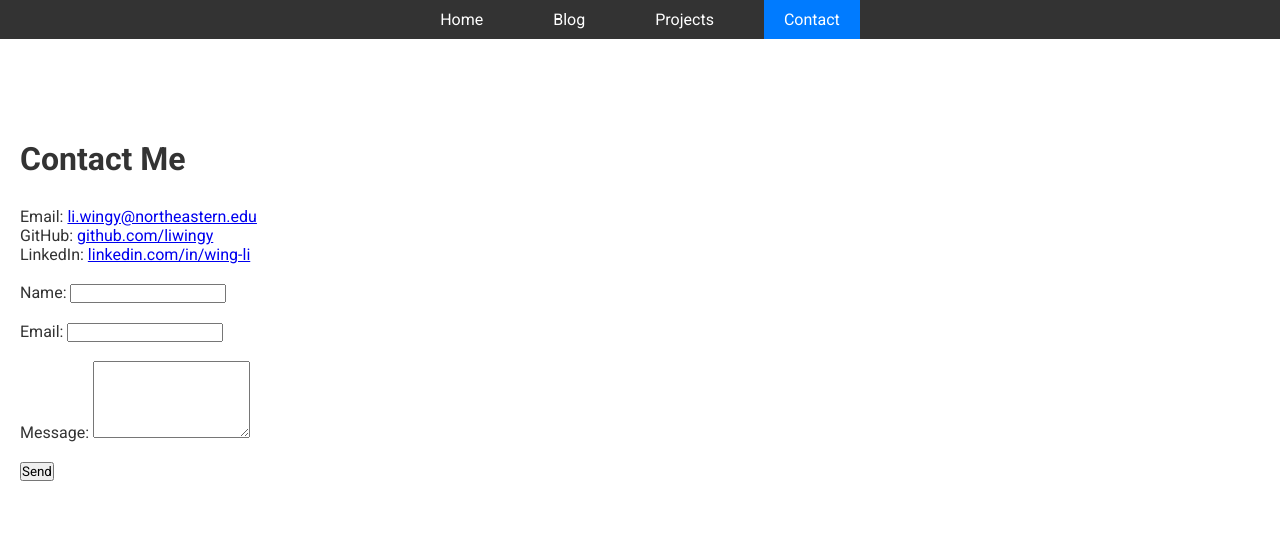
Repository: liwingy/cs5610_fall24_project1
Page: contact.html
These files come from the project's save history. The page is drawn as it stood at one moment and after the next save; the edit follows.
The browser window is 1280 px wide. The pictures show the whole page.

Above is the page before, as saved 2024-10-07 18:43:56.

After the next save:
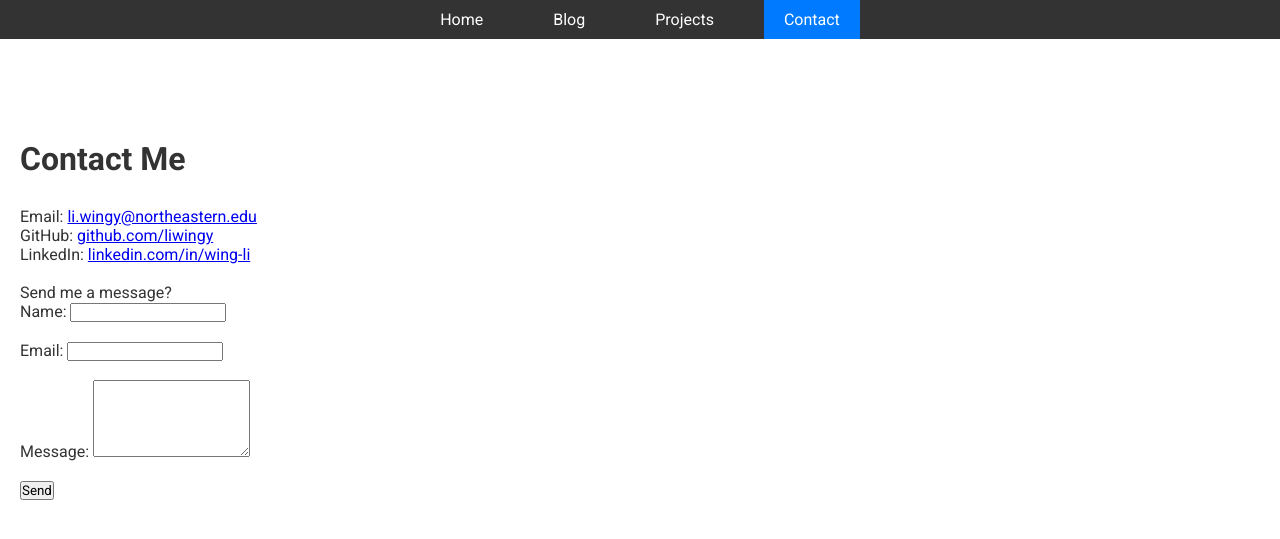
Saved 31 s later.
--- a/contact.html
+++ b/contact.html
@@ -24,6 +24,7 @@
             <p>LinkedIn: <a href="https://linkedin.com/in/wing-li" target="_blank">linkedin.com/in/wing-li</a></p>
 
             <br>
+            <p>Send me a message?</p>
             <form action="mailto:li.wingy@northeastern.edu" method="POST" enctype="text/plain">
                 <label for="name">Name:</label>
                 <input type="text" id="name" name="name" required>
